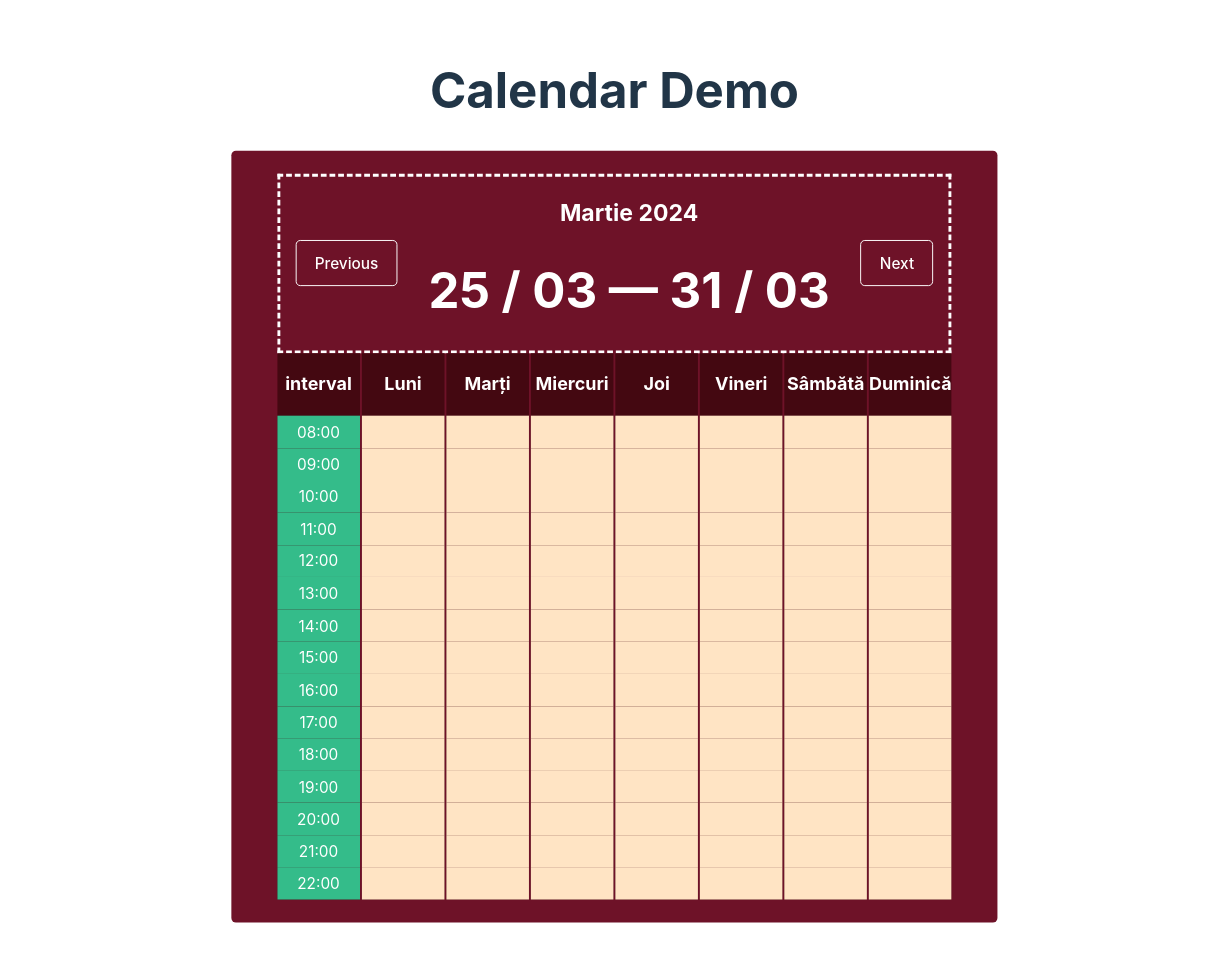
Repository: Maryie-B/weekly-calendar-scheduler
Page: /
An editor plug-in stored every save of this project. The page is shown before and after the next save, followed by the edit.
The browser window is 1280 px wide. The pictures show the whole page, at 96% of full size.
The project was rebuilt for these pictures with package versions that can differ from the ones it lists, and the page was loaded fresh each time. Also part of the build but not shown: vite.config.js.

Above is the page before, as saved 2024-03-26 16:09:15.

### src/App.jsx
import './App.css'
import CalendarHeader from './CalendarHeader'
import CalendarDays from './CalendarDays'

function App() {

  return (
    <>
      <h1>Calendar Demo</h1>
      <div className='calendar-wrapper'>

        <CalendarHeader />
        <CalendarDays />
      </div>
    </>
  )
}

export default App

### src/App.css
#root {
  max-width: 1280px;
  margin: 0 auto;
  padding: 2rem;
  text-align: center;
}

.calendar-wrapper {
  background-color: rgb(110, 18, 40);
  min-width: 700px;
  color: white;
  padding: 1.5rem 3rem;
  border-radius: 0.3rem;
}

.calendar-header {
  display: flex;
  flex-direction: row;
  border-color: white;
  border-style: dashed;
  align-items: center;
  justify-content: center;
}


.calendar-button {
  background-color: rgba(0, 0, 0, 0);
  height: 3rem;
  align-items: center;
  justify-content: center;
  border-color: white;
  border-radius: 0.3rem;
  color: white;
  font-size: 1rem;
  margin: 1rem;
}

.calendar-text {
  padding: 0rem 1rem;
}

.calendar-days-wrapper {
  display: grid;
  gap: 0.1rem;
  text-align: center;
  grid-template-columns: repeat(8, 1fr);
}

.days-header {
  background-color: rgb(68, 8, 17);
  min-height: 2rem;
}

.hour-intervals {
  background-color: rgb(52, 188, 138);
  padding: 0.3rem;
}

.hour-intervals-empty {
  min-height: 2.1rem;
  background-color: bisque;
}

### src/CalendarHeader.jsx
import { useState, useEffect } from "react";

const CalendarHeader = () => {
  const [currentWeekStart, setCurrentWeekStart] = useState(() => {
      const now = new Date();
      const currentDay = now.getDay();
      const untilMonday = currentDay === 0 ? 6 : currentDay - 1;
      now.setDate(now.getDate() - untilMonday);
      return now;
  });

  const [currentWeekEnd, setCurrentWeekEnd] = useState(() => {
    const end = new Date(currentWeekStart);
    end.setDate(currentWeekStart.getDate() + 6);
    return end;
  });

  useEffect(() => {
    const end = new Date(currentWeekStart);
    end.setDate(currentWeekStart.getDate() + 6);
    console.log(end, '- from useEffect');
    setCurrentWeekEnd(end);
  }, [currentWeekStart]);

  const handleGoToPreviousWeek = () => {
    setCurrentWeekStart((prevDate) => {
        const newDate = new Date(prevDate);
        newDate.setDate(newDate.getDate() - 7);
        console.log(newDate, '-- from handleGoToPrevWeek');
        return newDate;
    });
  };

  const handleGoToNextWeek = () => {
    setCurrentWeekStart((prevDate) => {
        const newDate = new Date(prevDate);
        newDate.setDate(newDate.getDate() + 7);
        console.log(newDate, '-from handle NEXTdate');
        return newDate;
    });
  };

  const startMonth = currentWeekStart.getMonth();
  const endMonth = currentWeekEnd.getMonth();
  const startYear = currentWeekStart.getFullYear();
  const endYear = currentWeekEnd.getFullYear();

  const monthsNames = ['Ianuarie', 'Februarie', 'Martie', 'Aprilie',
                        'Mai', 'Iunie', 'Iulie', 'August', 'Septembrie', 'Octombrie', 'Noiembrie', 'Decembrie'];

  let calendarHeader = `${monthsNames[startMonth]} ${startYear}`;
  if (startMonth !== endMonth || startYear !== endYear) {
    calendarHeader += ` — ${monthsNames[endMonth]} ${endYear} `
  }

  let weekStartMonthNumber = currentWeekStart.getMonth() + 1;
  let weekEndMonthNumber = currentWeekEnd.getMonth() + 1;

  weekStartMonthNumber = weekStartMonthNumber < 10 ? `0${weekStartMonthNumber}` : weekStartMonthNumber;
  weekEndMonthNumber = weekEndMonthNumber < 10 ? `0${weekEndMonthNumber}` : weekEndMonthNumber;

  const datesRange = `${currentWeekStart.getDate()} / ${weekStartMonthNumber} — ${currentWeekEnd.getDate()} / ${weekEndMonthNumber}`;

  return (
    <div className="calendar-header">
        <button className='calendar-button' onClick={handleGoToPreviousWeek}>Previous</button>
        <div className="calendar-text">
        <h2>{calendarHeader}</h2>
        <h1>{datesRange}</h1>
        </div>
        <button className='calendar-button' onClick={handleGoToNextWeek}>Next</button>
    </div>
  )
}

export default CalendarHeader;

### src/CalendarDays.jsx
import { useState } from "react"

const CalendarDays = () => {
  const weekDays = ['interval ', 'Luni', 'Marți', 'Miercuri', 'Joi', 'Vineri', 'Sâmbătă', 'Duminică']

  const hours = [];
  for (let i = 8; i <= 22; i++) {
    hours.push(i);
  }

  const handleIntervalClick = (e) => {
    console.log(e.target, 'This interval has been clicked!');
  };

  return (
    <div className="calendar-days-wrapper">
      {weekDays.map((day, index) => {
        return (

        index === 0 ?
        <div className="days-header" key={index}>
           <h3>{day}</h3>
           {hours.map((hour, index) => {
               return (
                   <div className="hour-intervals" key={hour}>{hour < 10 ? `0${hour}:00` : `${hour}:00`}</div>
               )
           })}
        </div>
        :
        <div className="days-header" key={index}>
        <h3>{day}</h3>
        {hours.map((hour, index) => {
            return (
                <div className="hour-intervals-empty" key={hour} onClick={handleIntervalClick}> </div>
            )
        })}
        </div>
        )
      })}
    </div>
  )
}

export default CalendarDays

Loaded but not shown: index.html (common file); src/main.jsx (common file); src/index.css (common file)

After the next save:
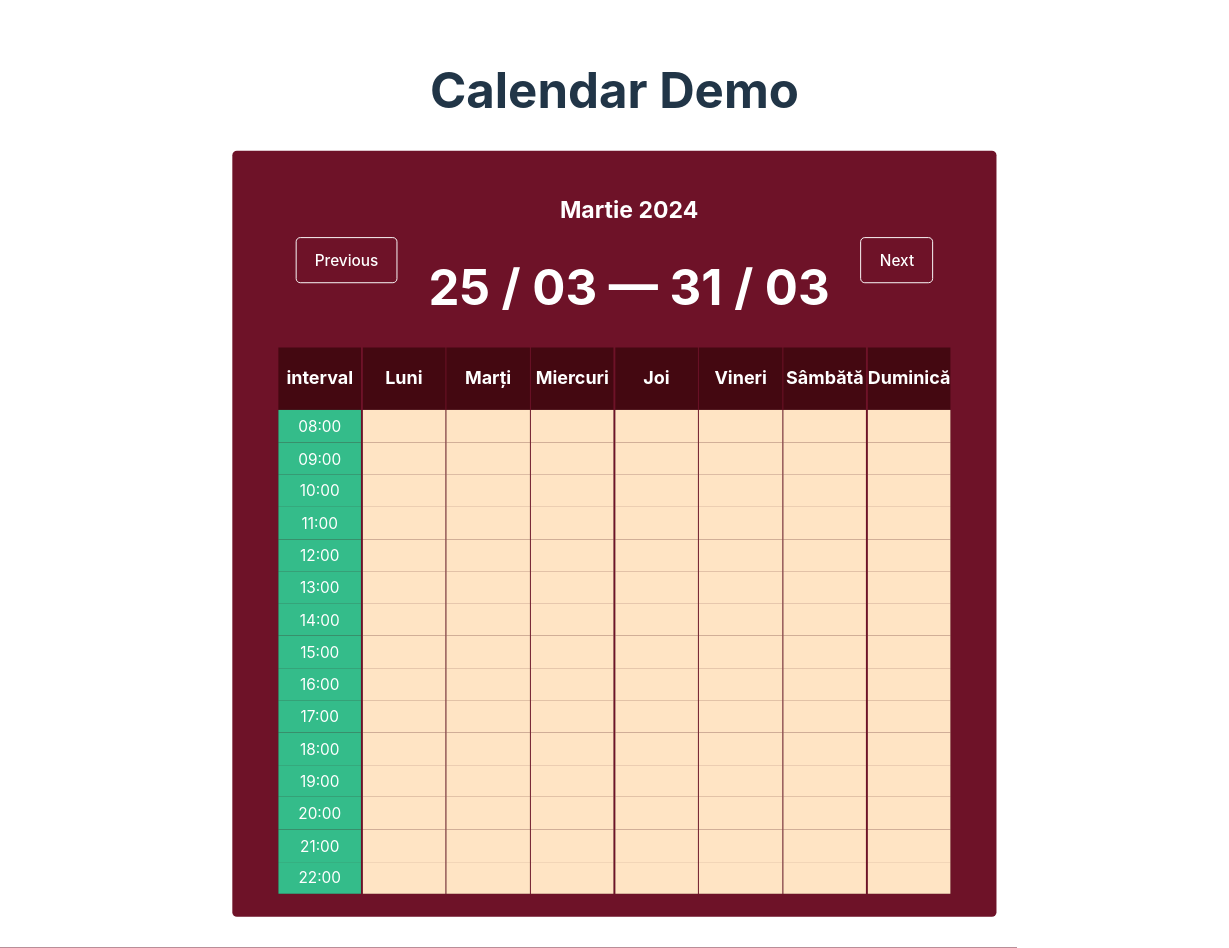
Saved 24 s later.
--- a/src/App.css
+++ b/src/App.css
@@ -16,8 +16,6 @@
 .calendar-header {
   display: flex;
   flex-direction: row;
-  border-color: white;
-  border-style: dashed;
   align-items: center;
   justify-content: center;
 }
